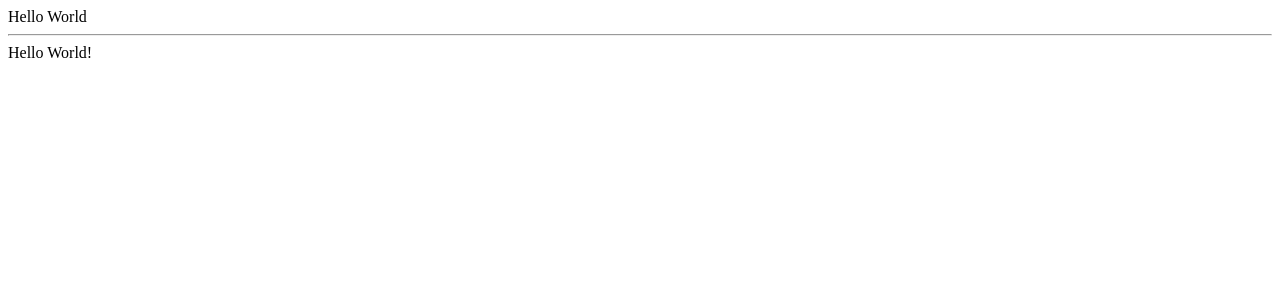
Repository: debug404/all
Page: http://localhost/week5_2/EL/01_ELtext.jsp
These files come from the project's save history. The page is drawn as it stood at one moment and after the next save; the edit follows.
The browser window is 1280 px wide. The pictures show the whole page.
The page is served by Tomcat 9.

Above is the page before, as saved 2015-11-19 02:00:30.

After the next save:
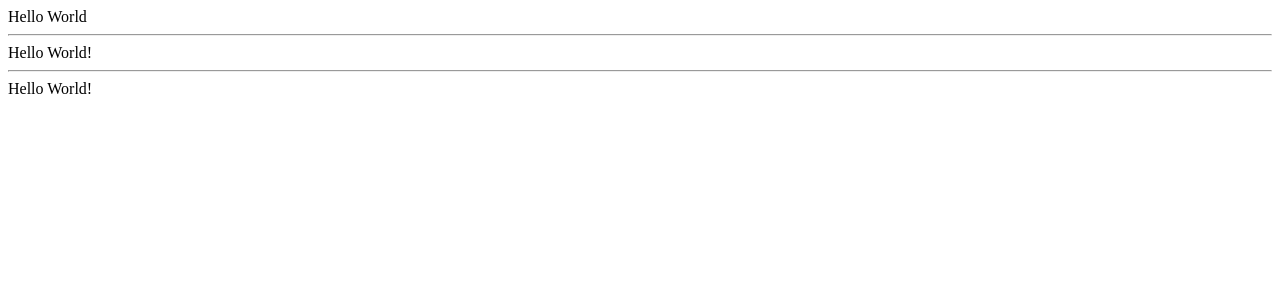
Saved 5 min 12 s later.
--- a/week5_2/WebContent/EL/01_ELtext.jsp
+++ b/week5_2/WebContent/EL/01_ELtext.jsp
@@ -16,6 +16,8 @@
 	<a><%=name%></a>
 	<hr/>
 	<a>${name1}</a>
+		<hr/>
+	<a>${name1}</a>
 
 
 
